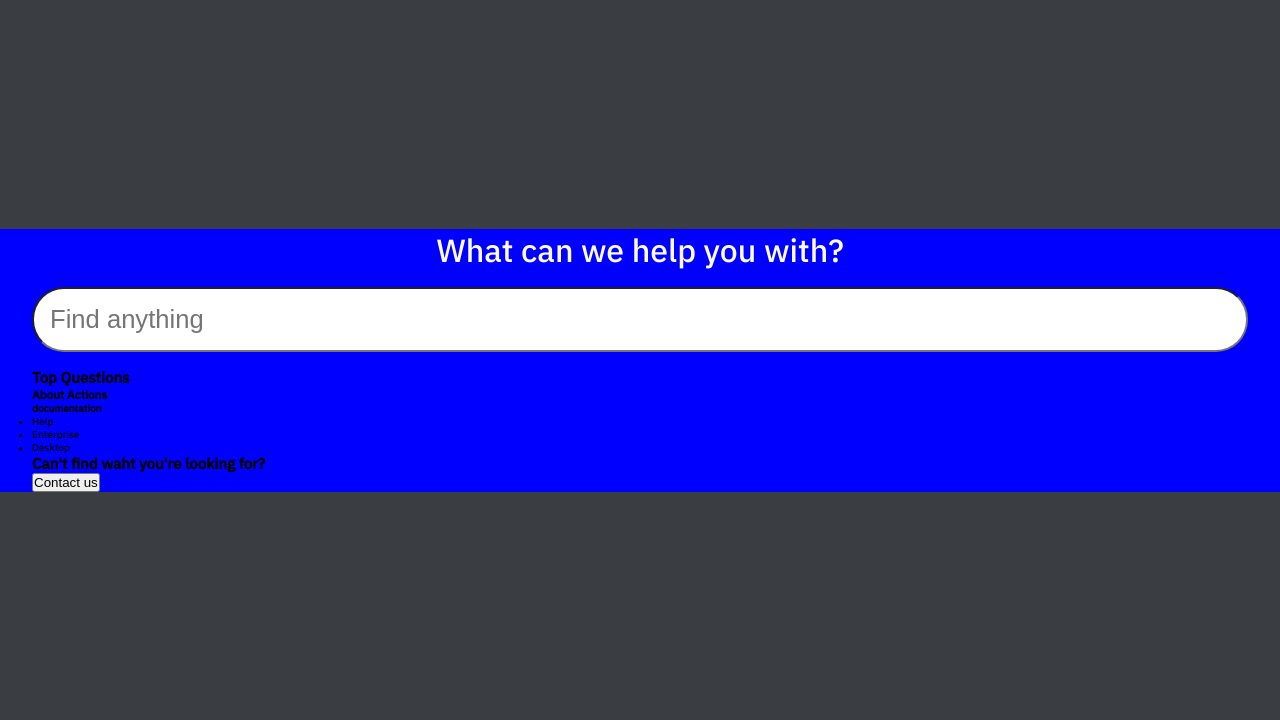
Repository: Hcmwebs/Help-Center-UI-
Page: index.html
These files come from the project's save history. The page is drawn as it stood at one moment and after the next save; the edit follows.
The browser window is 1280 px wide. The pictures show the whole page.
The style sheet was rebuilt from its Sass, Less or Tailwind sources for each picture, by a compiler version that may differ from the author's.

Above is the page before, as saved 2020-08-20 20:37:10.

After the next save:
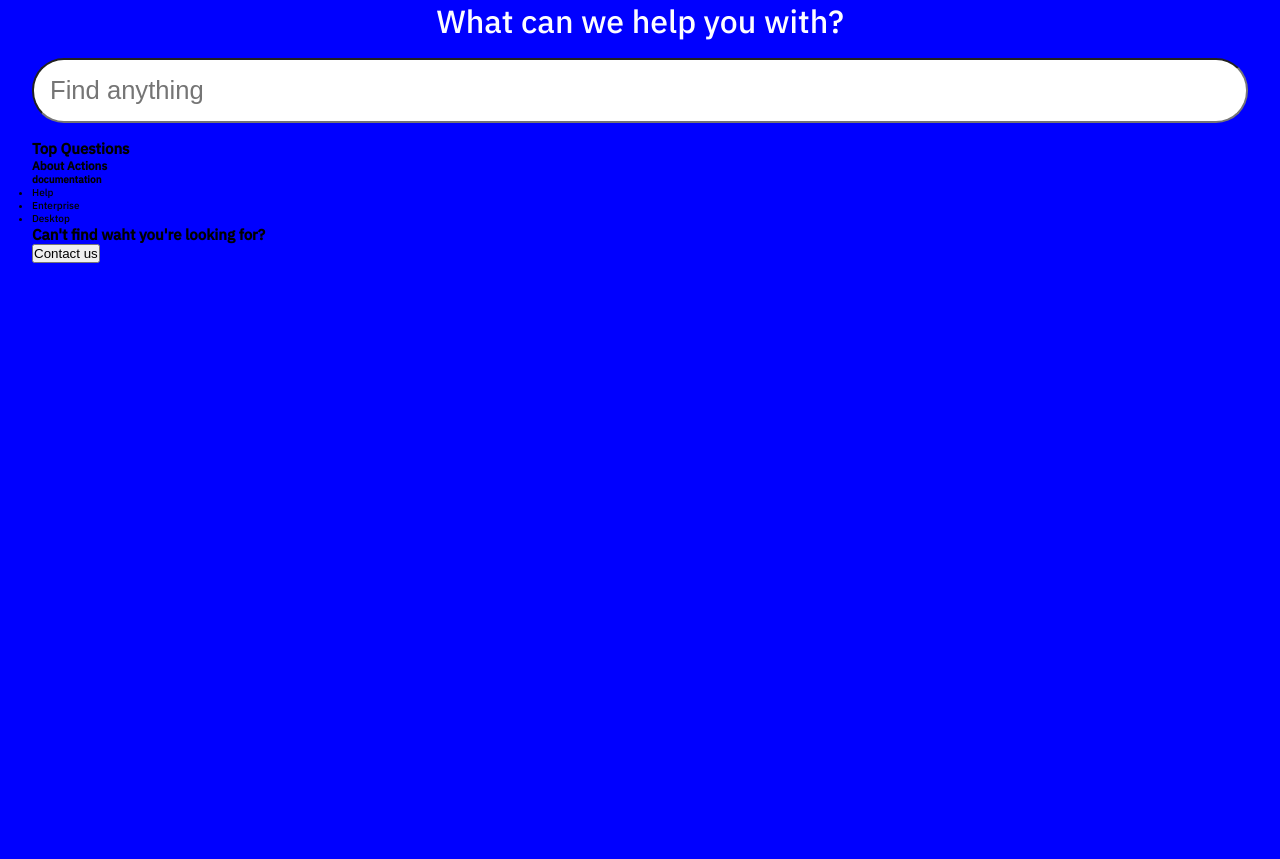
Saved 2 min 43 s later.
--- a/scss/styles.scss
+++ b/scss/styles.scss
@@ -46,5 +46,7 @@ header{
 
 }
 .card{
+    width: 100%;
+    height: 100vh;
 
 }
